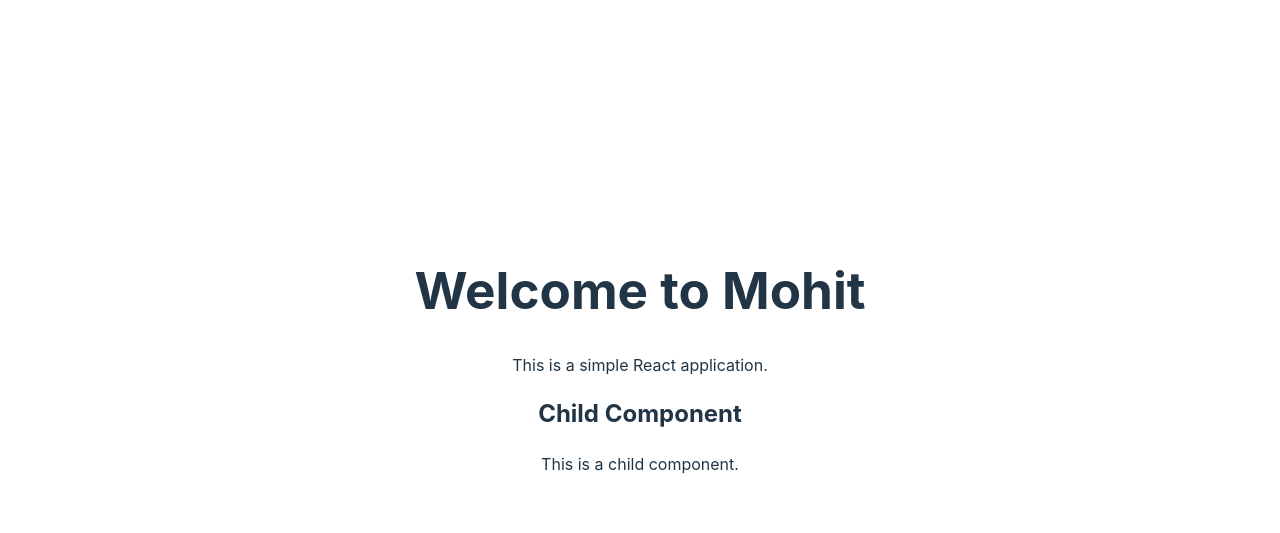
Repository: Mohitkumar1322/ReactTut
Page: / (app in MohitDecode/)
The author's editor kept a copy of each file at every save. The page is drawn from the files as they stood at one save, then again after the next save.
The browser window is 1280 px wide. The pictures show the whole page.
The project was rebuilt for these pictures with package versions that can differ from the ones it lists, and the page was loaded fresh each time. Also part of the build but not shown: MohitDecode/vite.config.js.

Above is the page before, as saved 2025-07-27 21:07:28.

After the next save:
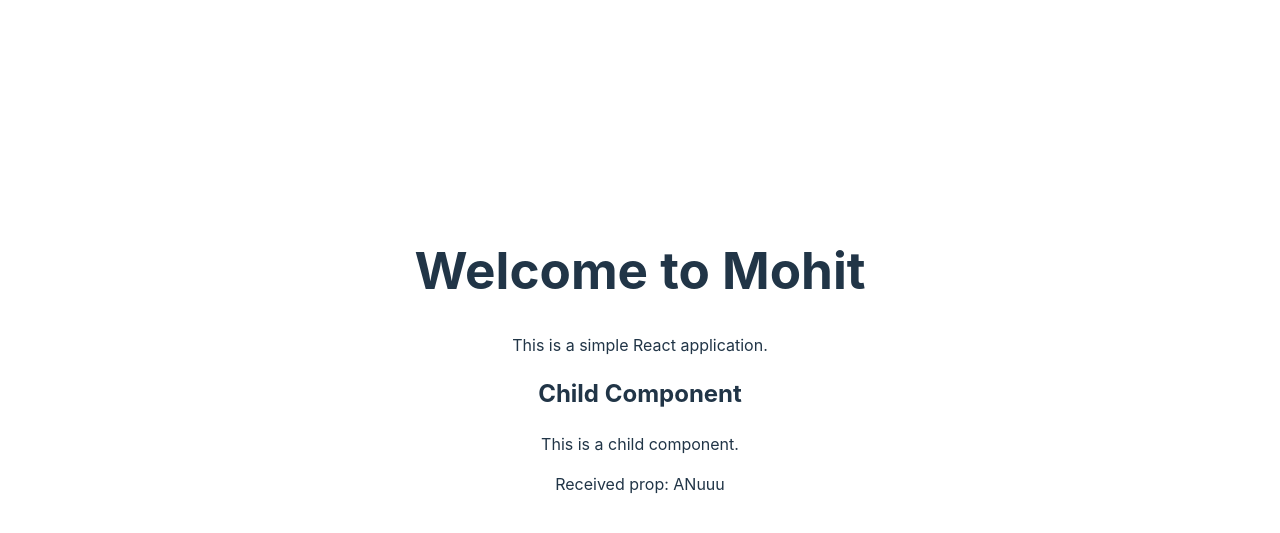
Saved 4 s later.
--- a/MohitDecode/src/ChildComponent.jsx
+++ b/MohitDecode/src/ChildComponent.jsx
@@ -3,6 +3,7 @@ const ChildrenComponent = (props) => {
     <div>
       <h2>Child Component</h2>
       <p>This is a child component.</p>
+      <p>Received prop: {props.name}</p>
     </div>
   );
 }
